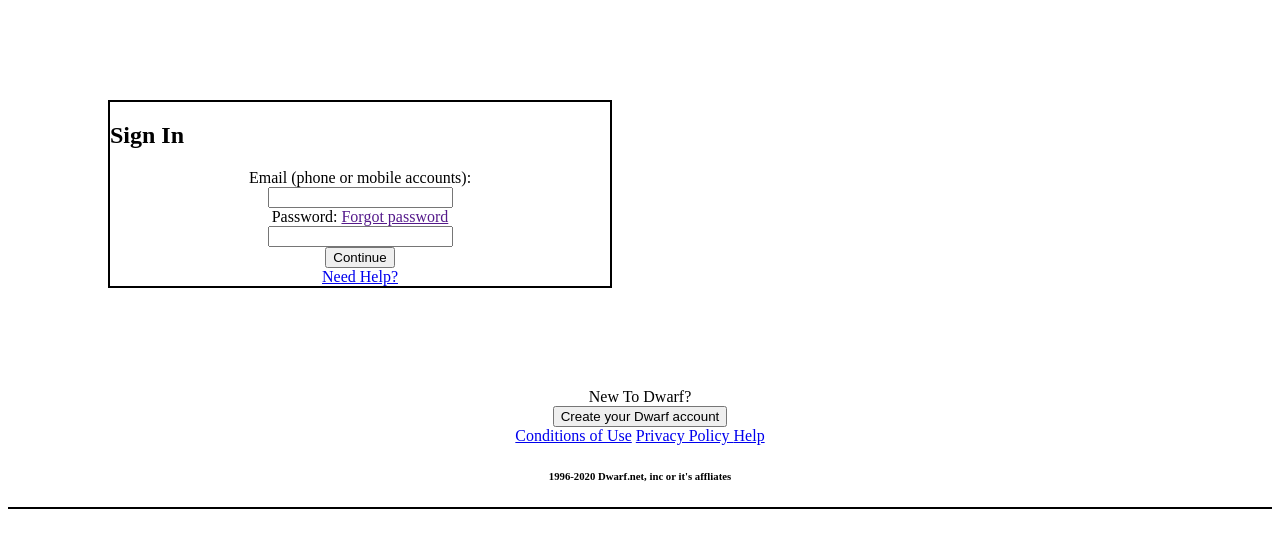
Repository: brittmarie333/replica
Page: index.html
These files come from the project's save history. The page is drawn as it stood at one moment and after the next save; the edit follows.
The browser window is 1280 px wide. The pictures show the whole page.

Above is the page before, as saved 2024-05-27 12:37:20.

### index.html
<!DOCTYPE html>
<html lang="en">
<head>
    <meta charset="UTF-8">
    <meta name="viewport" content="width=device-width, initial-scale=1.0">
    <link rel="stylesheet" href="index.css">
    <title>Log In</title>
</head>
<body>

    <form action="/data.php">
        <h2>Sign In</h2>
        <label for="username">Email (phone or mobile accounts):</label><br>
        <input type="text" id="fname" name="fname"><br>
        <label for="pword">Password: </label> <text align="right"><a href="">Forgot password</a></text><br>
        <input type="text" id="lname" name="lname" ><br>
        <button>Continue</button>
        <br>
        <a href="http">Need Help?</a>
      </form>




      New To Dwarf?
      <br>
      <button id="create">Create your Dwarf account</button>
      <br>
      <a href="http"> Conditions of Use</a>
      <a href="http"> Privacy Policy </a>
      <a href="http"> Help </a>
      <br>

      <h6> 1996-2020 Dwarf.net, inc or it's affliates</h6>


</body>
</html>

### index.css
h2  {
    text-align: left;
}

body {
    text-align: center;
    border-bottom: 2px solid black;
}
form{
    border: 2px solid;
    border color: light grey;
    margin: 100px;
    width: 500px;
}

After the next save:
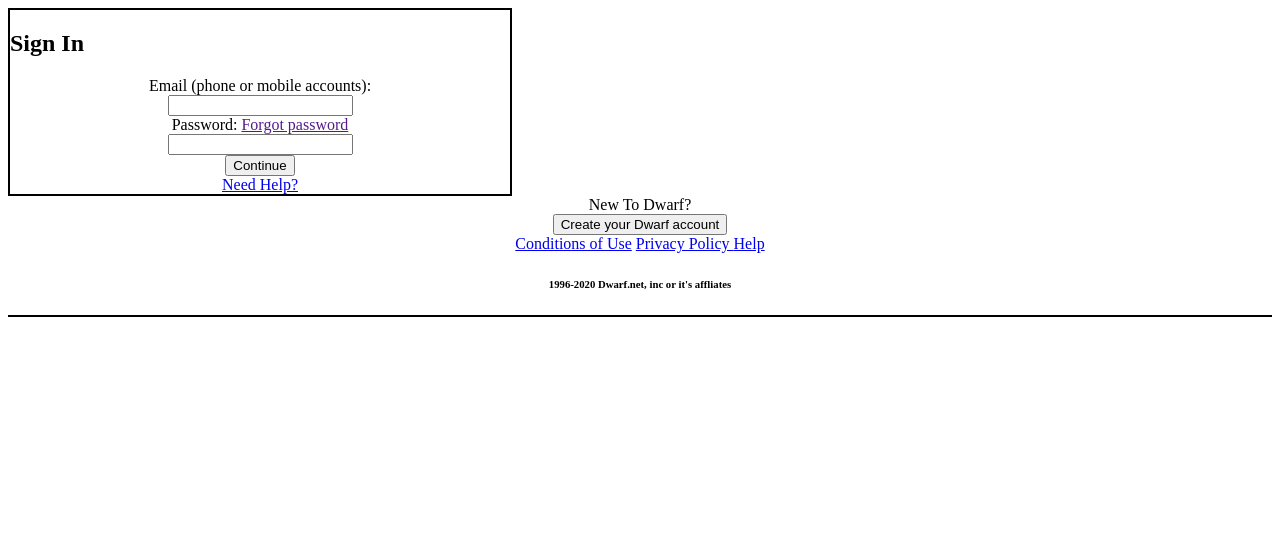
Saved 31 s later.
--- a/index.css
+++ b/index.css
@@ -9,6 +9,6 @@
 form{
     border: 2px solid;
     border color: light grey;
-    margin: 100px;
+    mar: 100px;
     width: 500px;
 }
